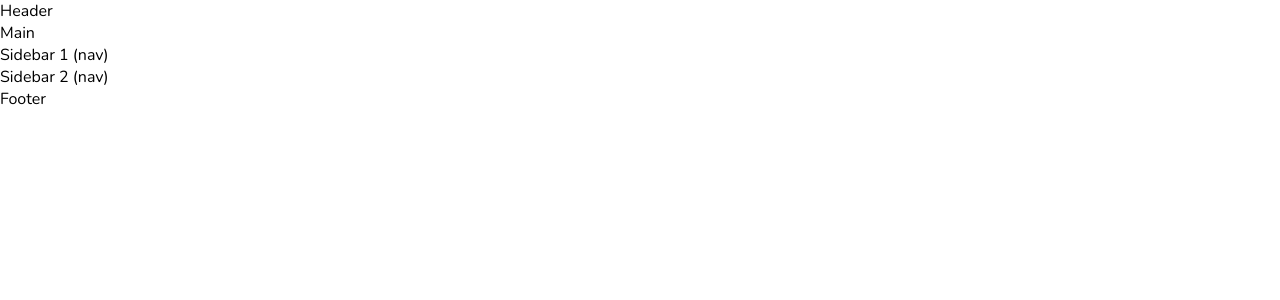
Repository: mariocapitbrok/css-combining-grid-and-flexbox-0105
Page: index.html
The author's editor kept a copy of each file at every save. The page is drawn from the files as they stood at one save, then again after the next save.
The browser window is 1280 px wide. The pictures show the whole page.

Above is the page before, as saved 2022-10-06 14:00:54.

### index.html
<!DOCTYPE html>
<html lang="en">
<head>
    <meta charset="UTF-8">
    <meta name="viewport" content="width=device-width, initial-scale=1.0">
    <title>Basic responsive layout</title>
    <link rel="stylesheet" href="styles/base.css" type="text/css">
</head>
<body>
    <header>Header</header>
    <main>
        <article class="main">Main</article>
        <aside class="sidebar1">Sidebar 1 (nav)</aside>
        <aside class="sidebar2">Sidebar 2 (nav)</aside>
    </main>
    <footer>Footer</footer>
</body>
</html>

### styles/base.css
@import url('https://fonts.googleapis.com/css2?family=Nunito:ital,wght@0,300;0,400;0,700;0,900;1,600&display=swap');

* {
    margin: 0;
    padding: 0;
    font-family: 'Nunito', sans-serif;
    box-sizing: border-box;
}

body {}

header {}

footer {}

main {}

article.main {}

aside {}

After the next save:
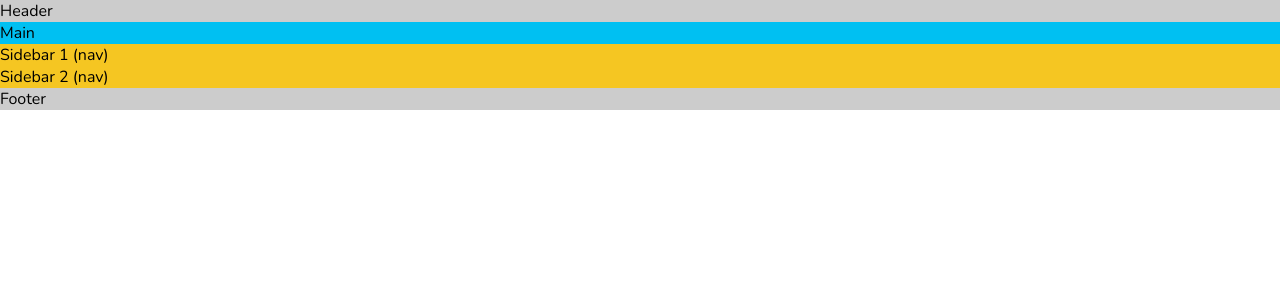
Saved 6 min 0 s later.
--- a/styles/base.css
+++ b/styles/base.css
@@ -9,12 +9,20 @@
 
 body {}
 
-header {}
+header {
+    background-color: #CCC;
+}
 
-footer {}
+footer {
+    background-color: #CCC;
+}
 
 main {}
 
-article.main {}
+article.main {
+    background-color: #00C0F2;
+}
 
-aside {}
+aside {
+    background-color: #F5C622;
+}
